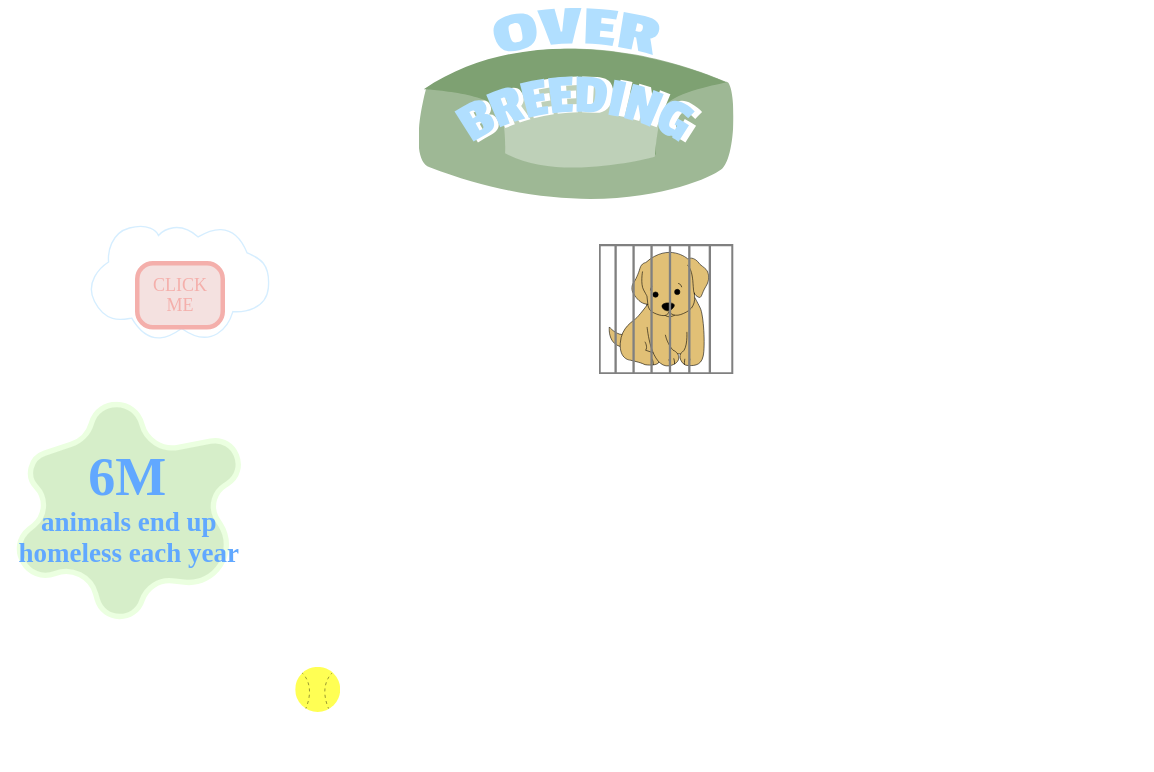
Repository: SoleilDagneau/MDIA2109Midterm
Page: index.html
An editor plug-in stored every save of this project. The page is shown before and after a run of saves, followed by the edit.
The browser window is 1280 px wide. The page is 1282 px wide, so the pictures cover 1282 px, including what lies to the right of the window. The pictures show the whole page, at 90% of full size.
Some web fonts or font styles are not loaded; a fallback is used.

Above is the page before, as saved 2022-03-02 21:17:35.
Console error: TypeError: Cannot set properties of null (setting 'innerText')

After the next 2 saves:
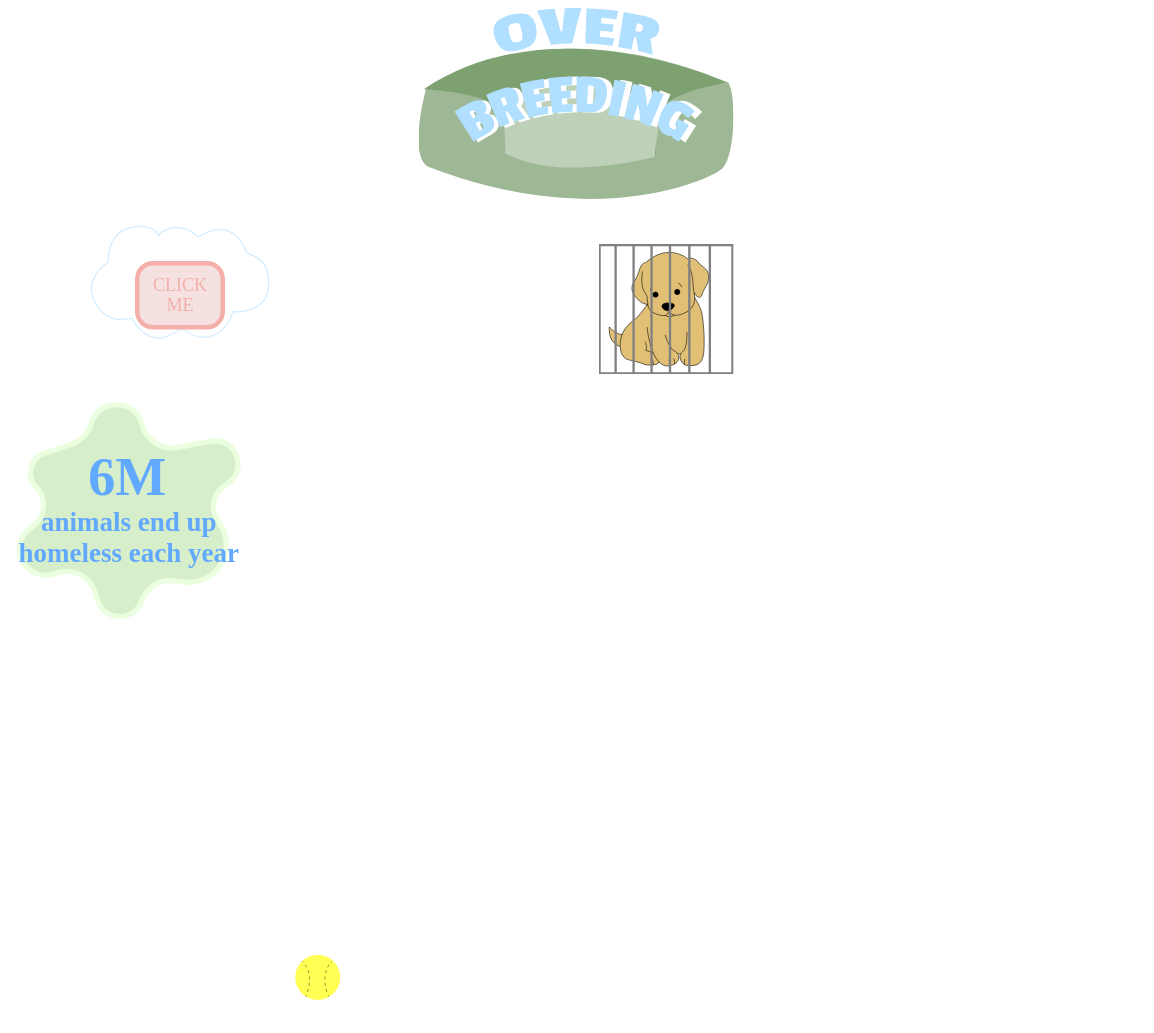
The 2 saves are shown as one change because they came seconds apart.
The last was saved 20 s later.
--- a/styles.css
+++ b/styles.css
@@ -32,4 +32,5 @@
     display: flex;
     position: relative;
     left:20rem;
+    top:20rem;
 }

After the save that followed:
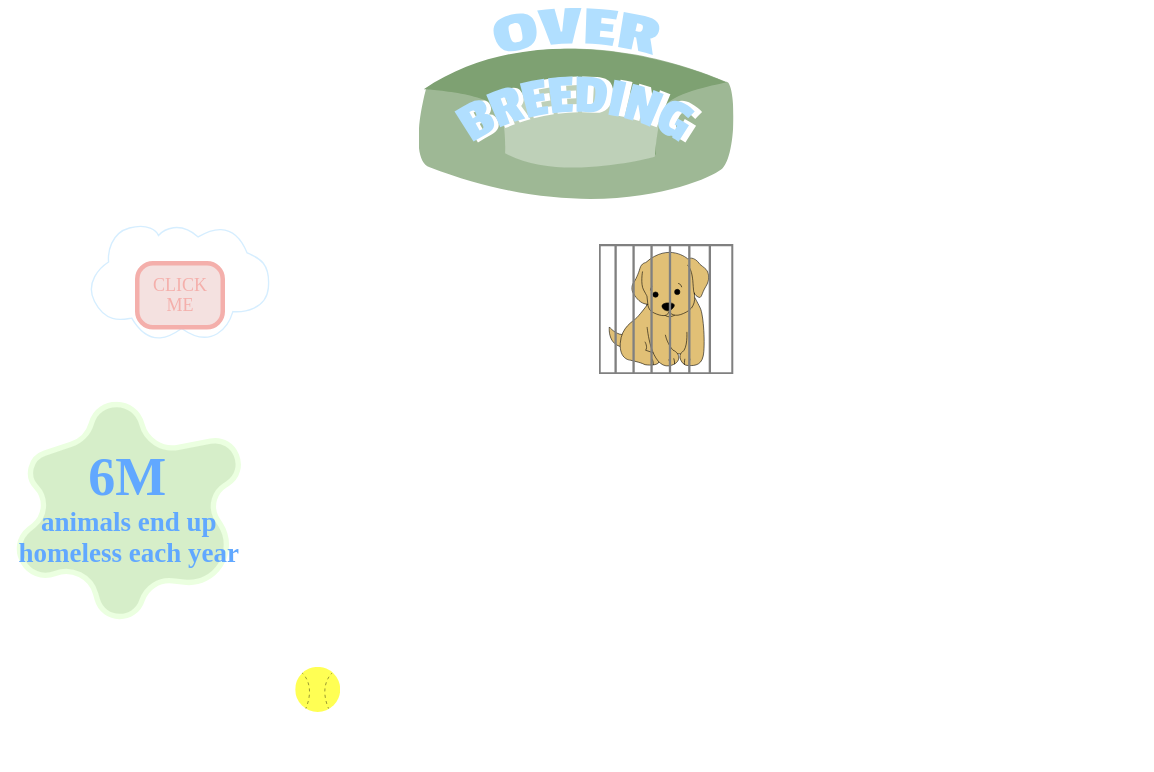
Saved 6 s later.
--- a/styles.css
+++ b/styles.css
@@ -32,5 +32,5 @@
     display: flex;
     position: relative;
     left:20rem;
-    top:20rem;
+    top:0;
 }
